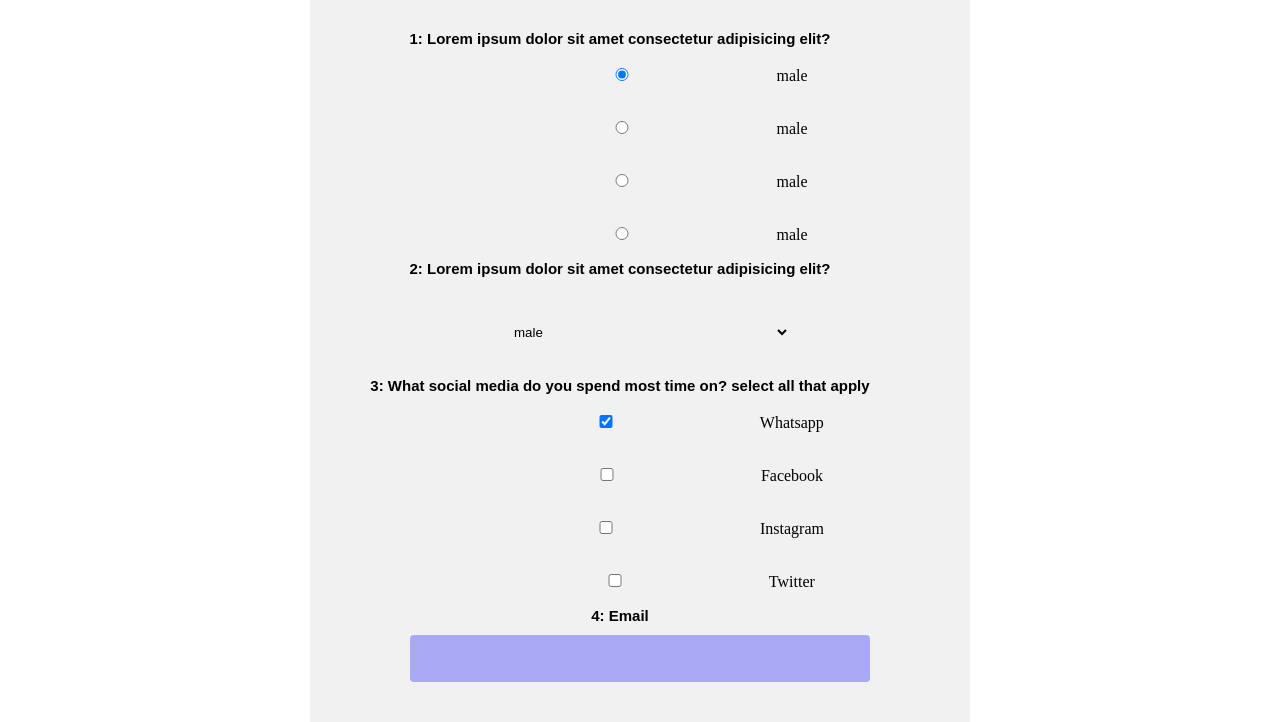
Repository: Grace229/Hasob-form
Page: index.html
These files come from the project's save history. The page is drawn as it stood at one moment and after a run of saves; the edit follows.
The browser window is 1280 px wide. The pictures show the whole page.

Above is the page before, as saved 2020-12-27 11:41:46.

After the next 2 saves:
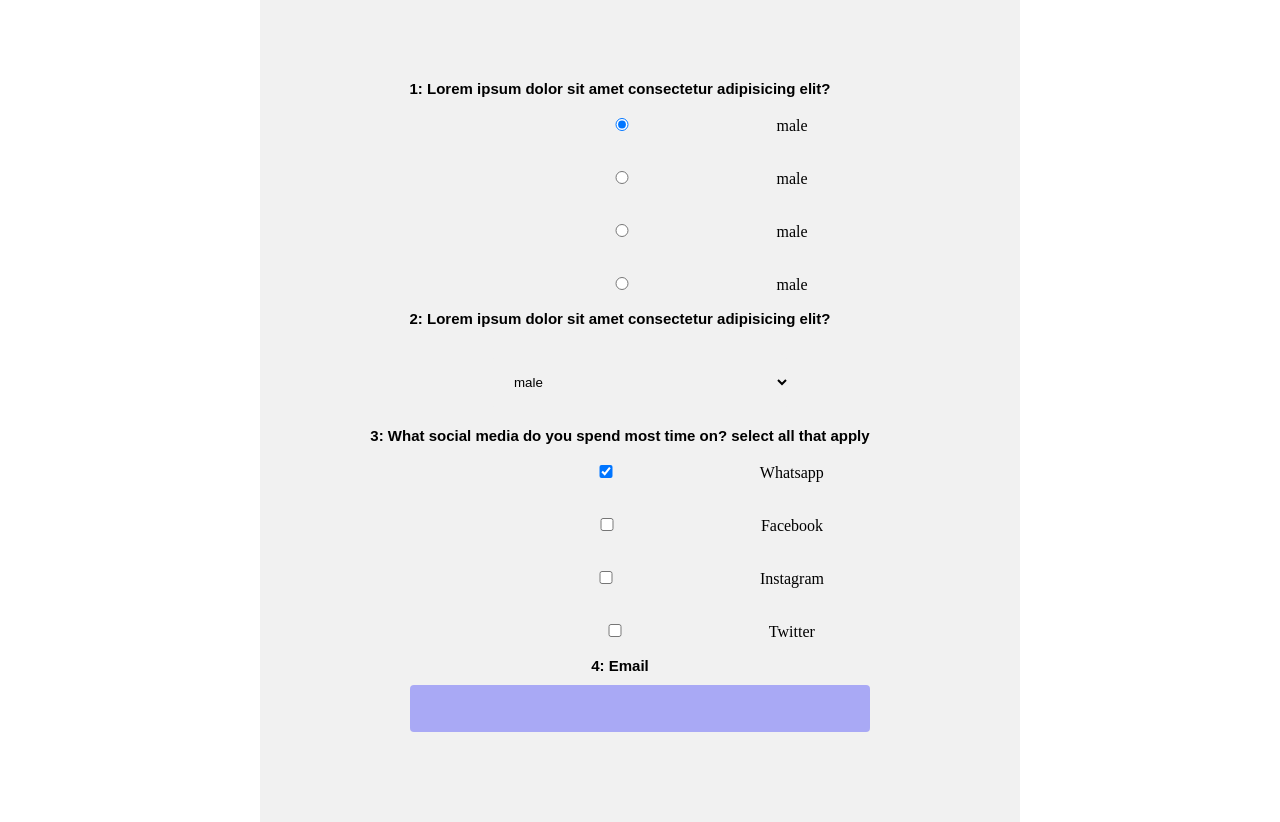
The 2 saves are shown as one change because they came seconds apart.
The last was saved 20 s later.
--- a/style.css
+++ b/style.css
@@ -36,7 +36,7 @@ form{
     width: 600px;
     margin: auto;
     background-color: #f1f1f1;
-    padding: 30px;
+    padding: 80px;
 }
 #email{
     width: 70%;
